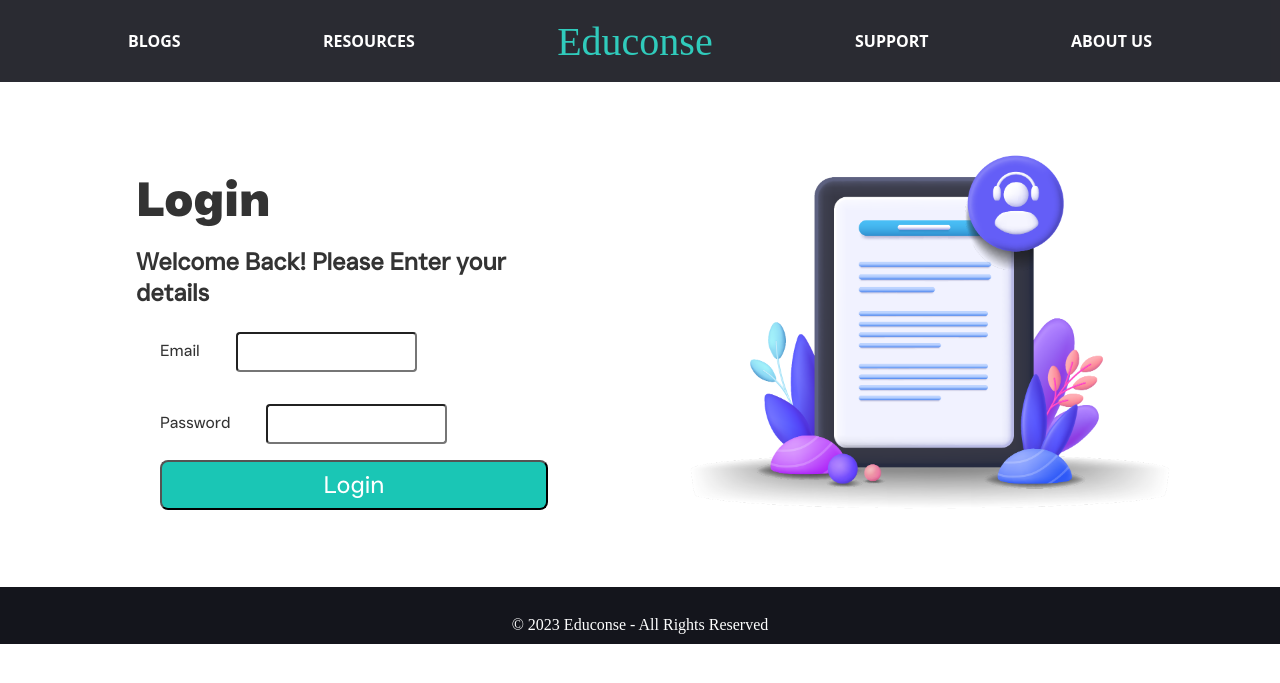
Repository: devajay07/educonse
Page: pages/login.html
The author's editor kept a copy of each file at every save. The page is drawn from the files as they stood at one save, then again after the next save.
The browser window is 1280 px wide. The pictures show the whole page.

Above is the page before, as saved 2023-10-15 02:38:56.

After the next save:
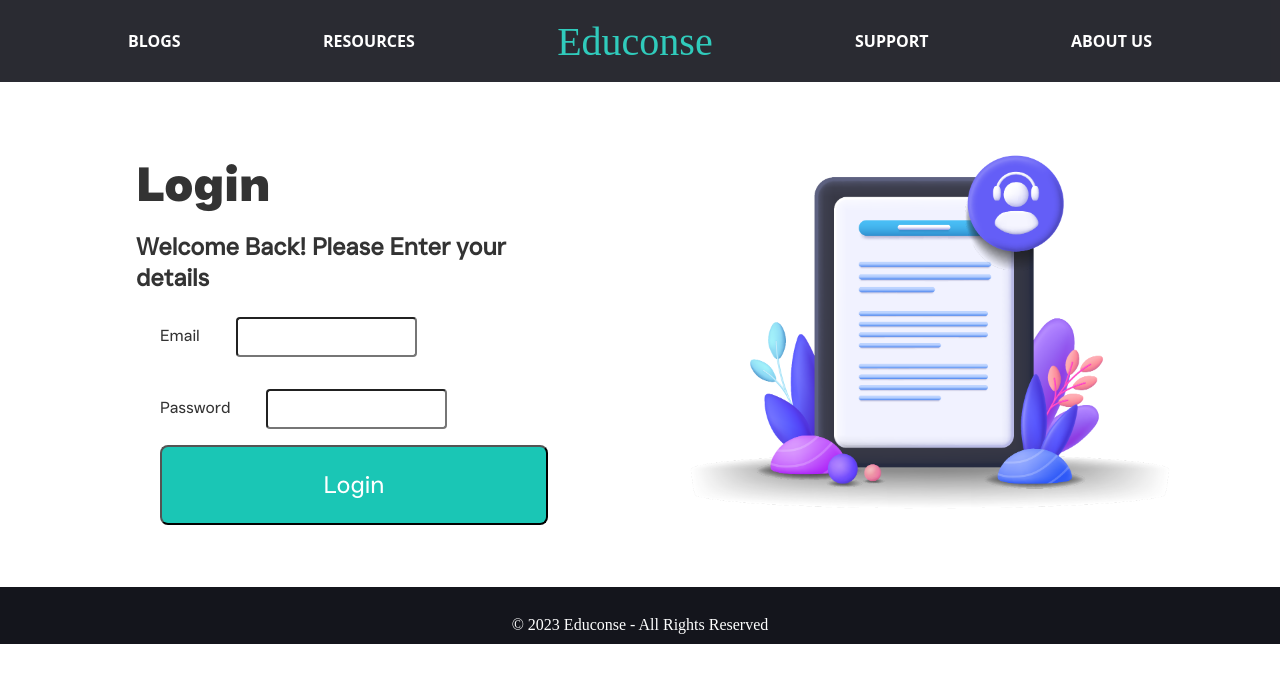
Saved 26 s later.
--- a/css/login.css
+++ b/css/login.css
@@ -39,7 +39,7 @@ input[type=password],input[type=email]{
 }
 
 #submit{
-  height:50px;
+  height:80px;
   background-color:var(--brand-color);
   color:var(--white);
   font-family: var(--brand-reg);
